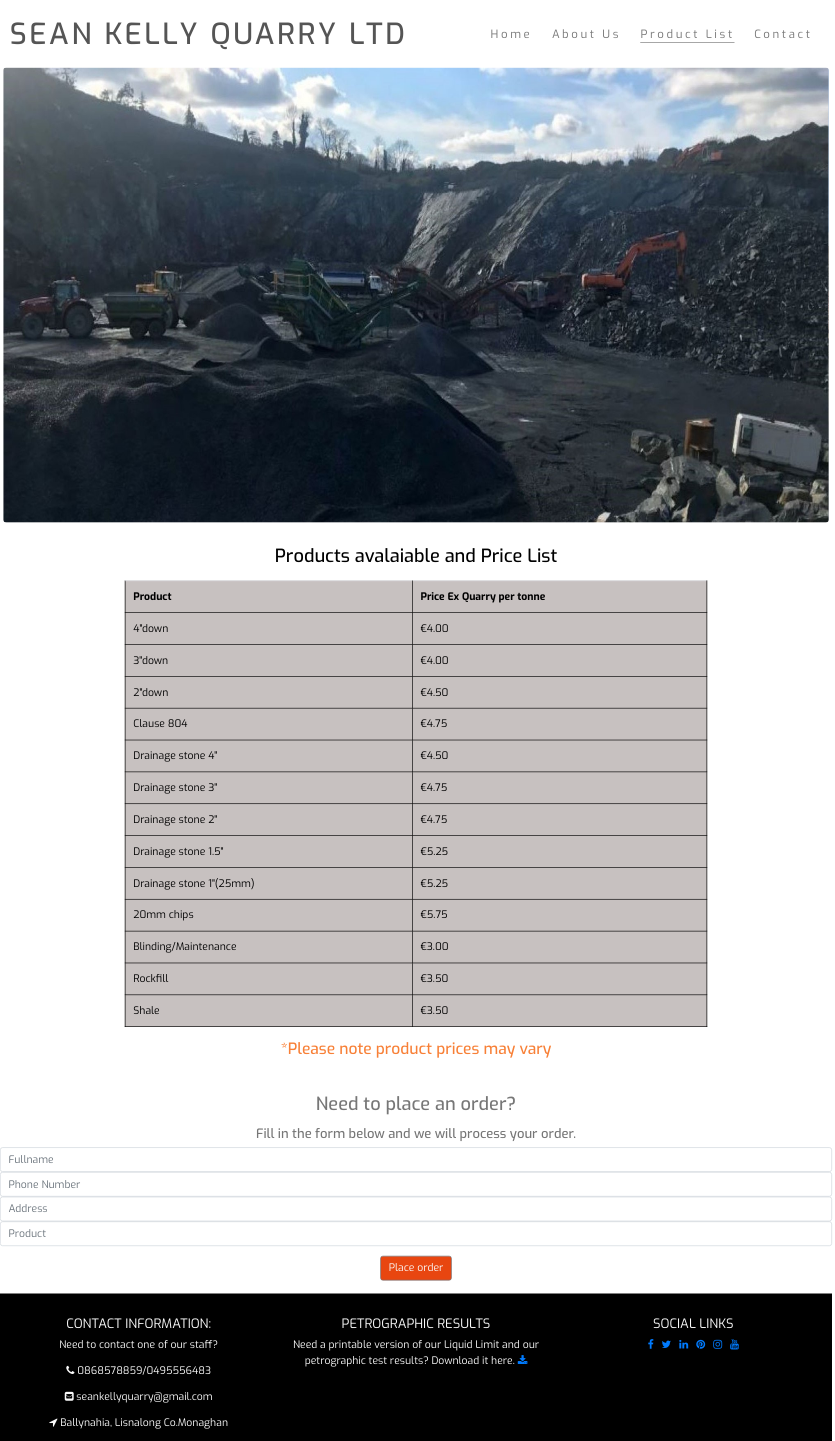
Repository: Code-Institute-Submissions/Sean-Kelly-Quarry
Page: product-list.html
The author's editor kept a record of every edit. The page is drawn from the files as they stood at one moment, then again after the next edit.
The browser window is 1280 px wide. The page is 1285 px wide, then 1280 px, so the pictures cover 1285 px, including what lies to the right of the window. The pictures show the whole page, at 65% of full size.

Above is the page before.

After the next edit:
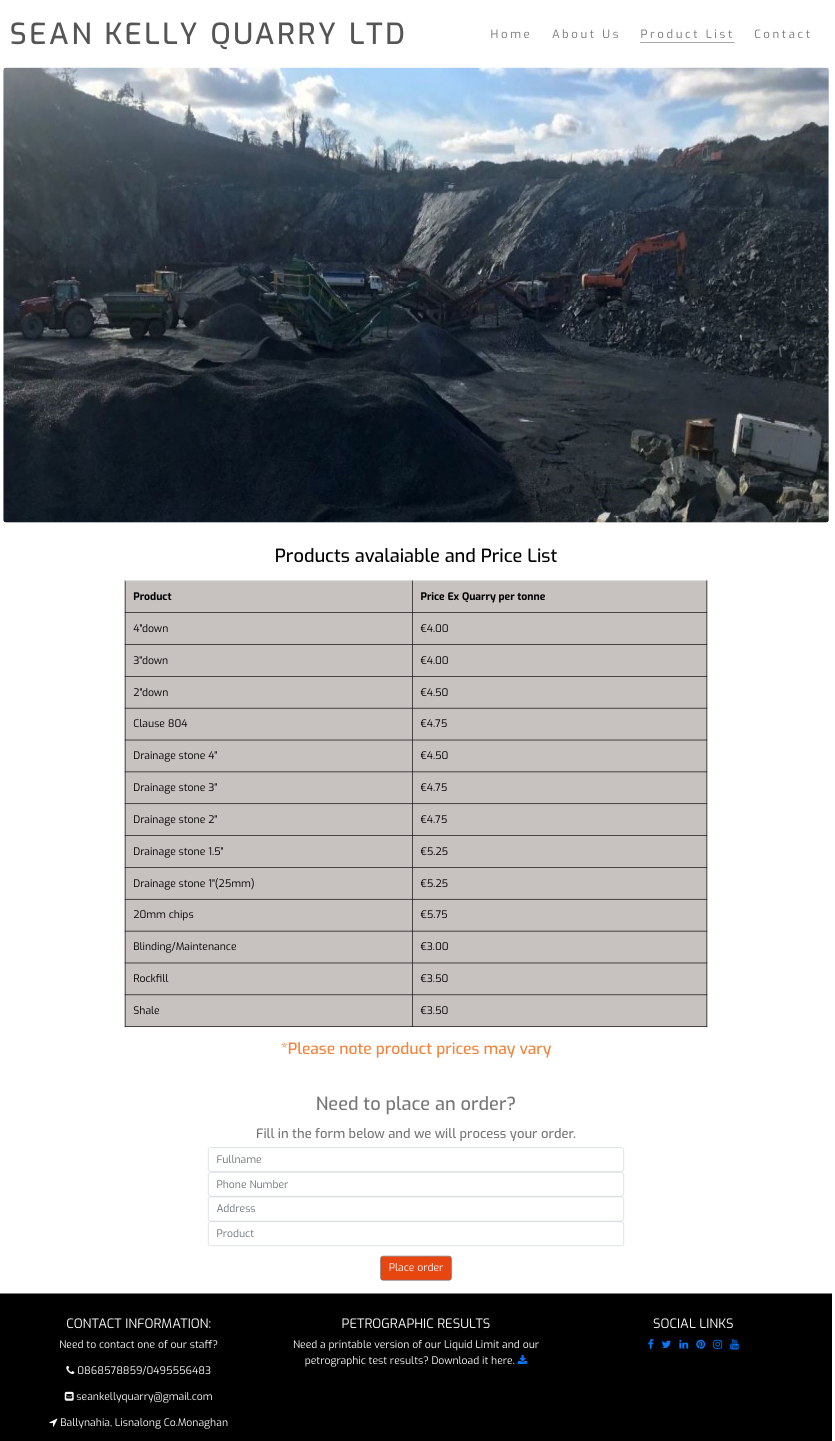
The edit:
--- a/product-list.html
+++ b/product-list.html
@@ -158,7 +158,7 @@
        <div class="queries-form">
            <h3>Need to place an order?</h3>
            <h5>Fill in the form below and we will process your order.</h5>
-           <form>
+           <form class="form">
                <input type="text" name="name" id="name" class="form-control" placeholder="Fullname" required/>
                <input type="tel" name="number" id="phonenumber" class="form-control" placeholder="Phone Number" required/>
                <input type="text" name="address" id="address" class="form-control" placeholder="Address" required/>
